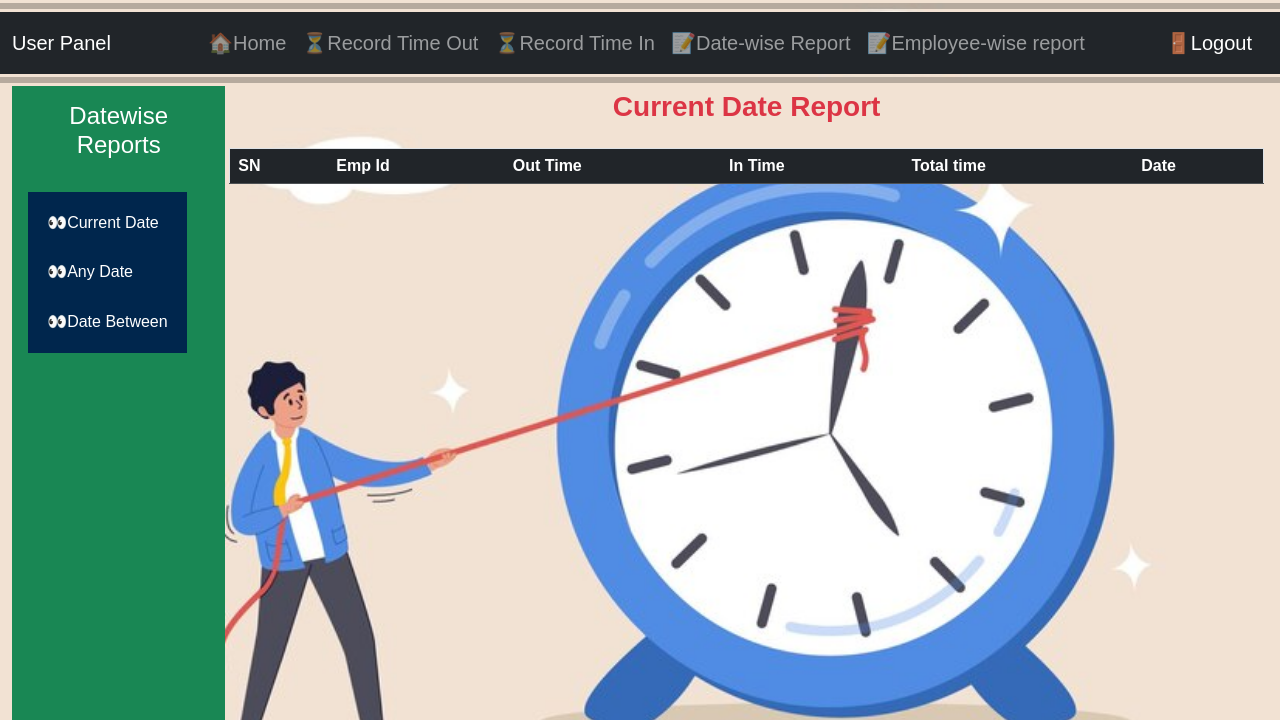
Repository: tecresearch/fullstack-training
Page: http://localhost/user/reports/datewise/anydate-dashboard
An editor plug-in stored every save of this project. The page is shown before and after the next save, followed by the edit.
The browser window is 1280 px wide. The pictures show the whole page.
The page is this project's Thymeleaf template; nobody is signed in. The template is opened directly, without the code that normally fills it, so the values that code supplies are empty.

Above is the page before, as saved 2025-03-19 07:30:56.

After the next save:
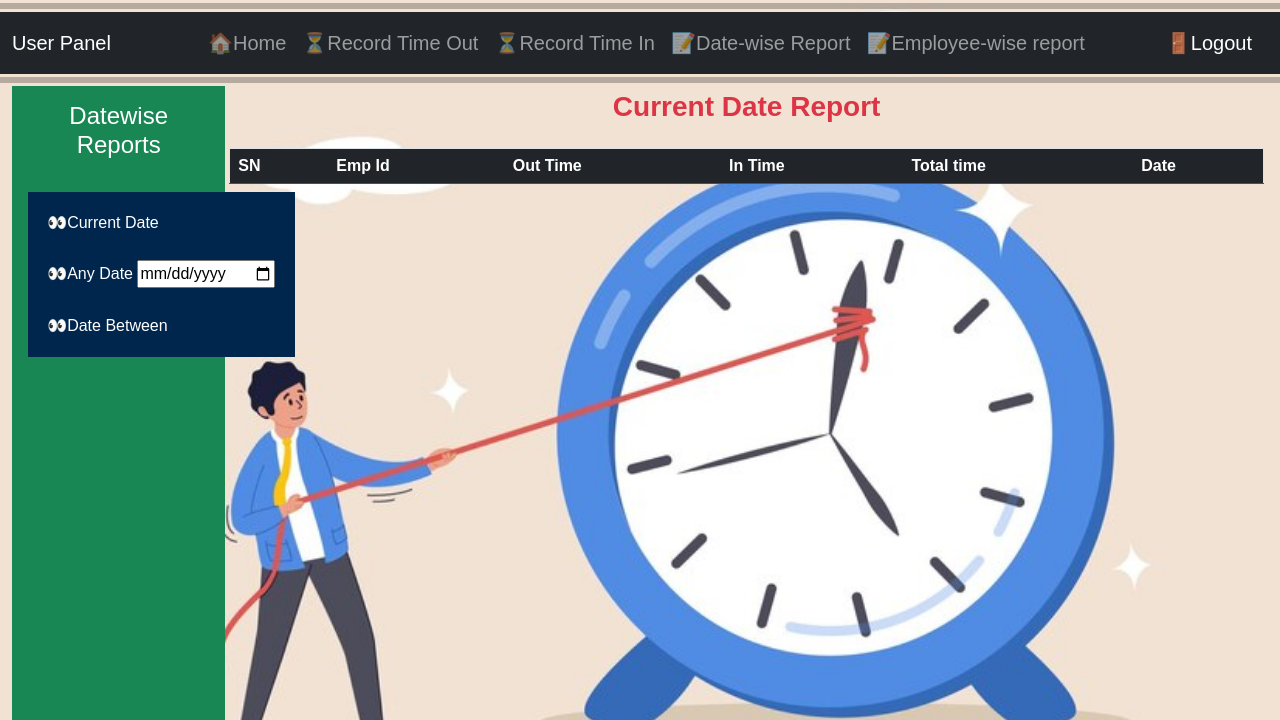
Saved 77 s later.
--- a/a4-spring-boot/employee-time-tracker/src/main/resources/templates/user/reports/datewise/date-sidebar.html
+++ b/a4-spring-boot/employee-time-tracker/src/main/resources/templates/user/reports/datewise/date-sidebar.html
@@ -6,7 +6,10 @@
 				<a class="nav-link text-white active" id="addUser1" data-bs-toggle="modal" data-bs-target="#addUserModal" href="#">👀Current Date</a>
 			</li>
 			<li class="nav-item">
-				<a class="nav-link text-white" id="listUser" data-bs-toggle="modal" data-bs-target="#listUserModal" href="#">👀Any Date</a>
+				<a class="nav-link text-white" id="listUser" data-bs-toggle="modal" data-bs-target="#listUserModal" href="#">
+					👀Any Date
+					<input type="date">
+				</a>
 			</li>
 			<li class="nav-item">
 				<a class="nav-link text-white" data-bs-toggle="modal" data-bs-target="#deleteUserModal" href="#">👀Date Between</a>

After the save that followed:
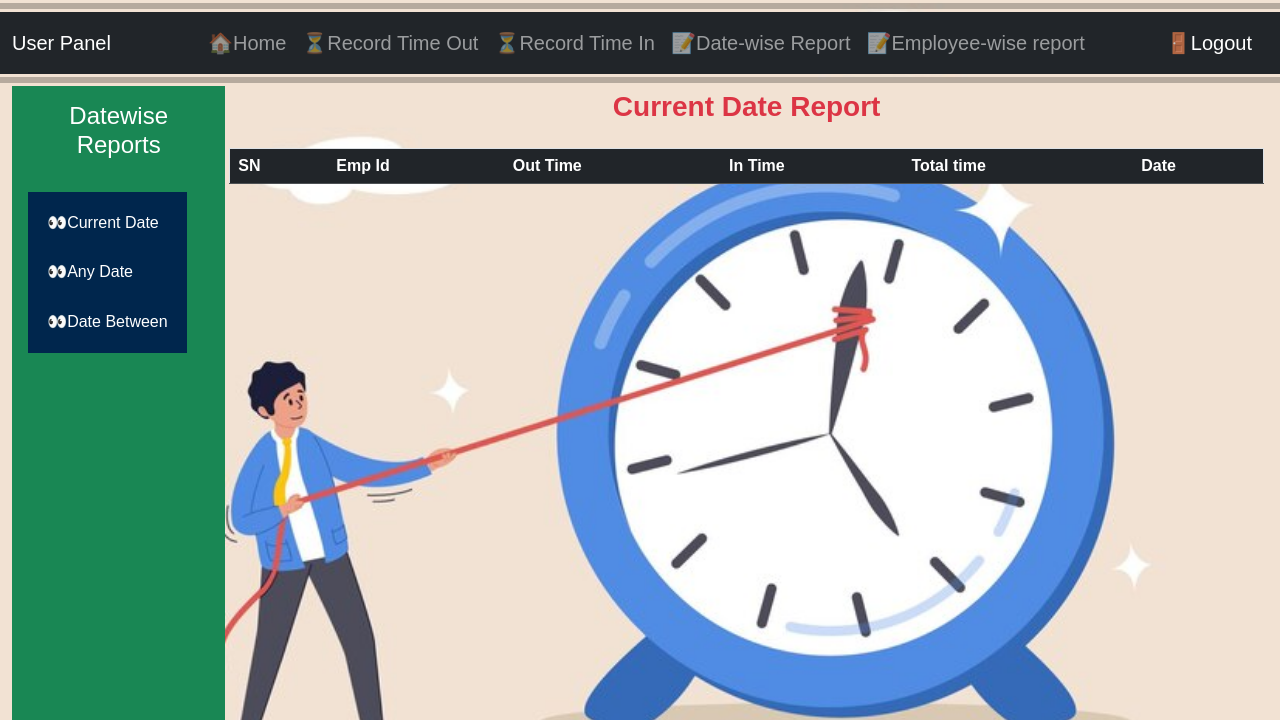
Saved 43 s later.
--- a/a4-spring-boot/employee-time-tracker/src/main/resources/templates/user/reports/datewise/date-sidebar.html
+++ b/a4-spring-boot/employee-time-tracker/src/main/resources/templates/user/reports/datewise/date-sidebar.html
@@ -6,10 +6,7 @@
 				<a class="nav-link text-white active" id="addUser1" data-bs-toggle="modal" data-bs-target="#addUserModal" href="#">👀Current Date</a>
 			</li>
 			<li class="nav-item">
-				<a class="nav-link text-white" id="listUser" data-bs-toggle="modal" data-bs-target="#listUserModal" href="#">
-					👀Any Date
-					<input type="date">
-				</a>
+				<a class="nav-link text-white" id="listUser" data-bs-toggle="modal" data-bs-target="#listUserModal" href="#">👀Any Date</a>
 			</li>
 			<li class="nav-item">
 				<a class="nav-link text-white" data-bs-toggle="modal" data-bs-target="#deleteUserModal" href="#">👀Date Between</a>
